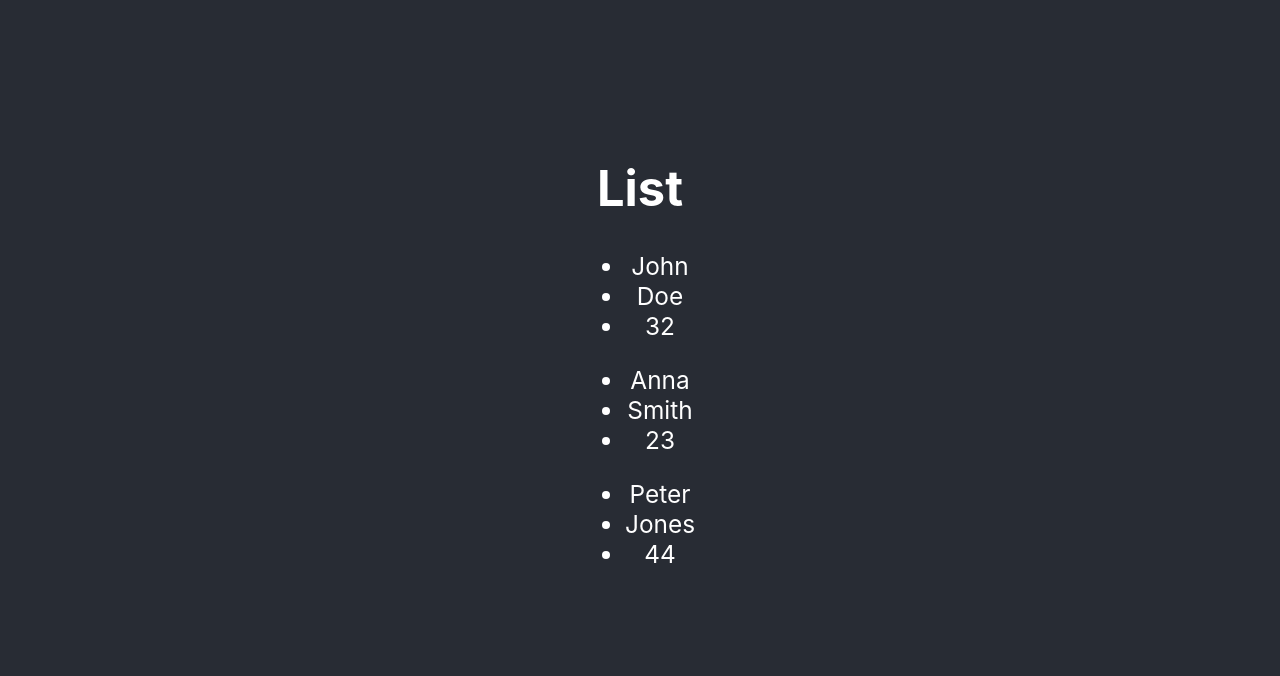
Repository: JasonMorta/ExamplesWithReact
Page: / (app in examples/)
An editor plug-in stored every save of this project. The page is shown before and after the next save, followed by the edit.
The browser window is 1280 px wide. The pictures show the whole page.
The project was rebuilt for these pictures with package versions that can differ from the ones it lists, and the page was loaded fresh each time.

Above is the page before, as saved 2022-10-03 19:39:33.

After the next save:
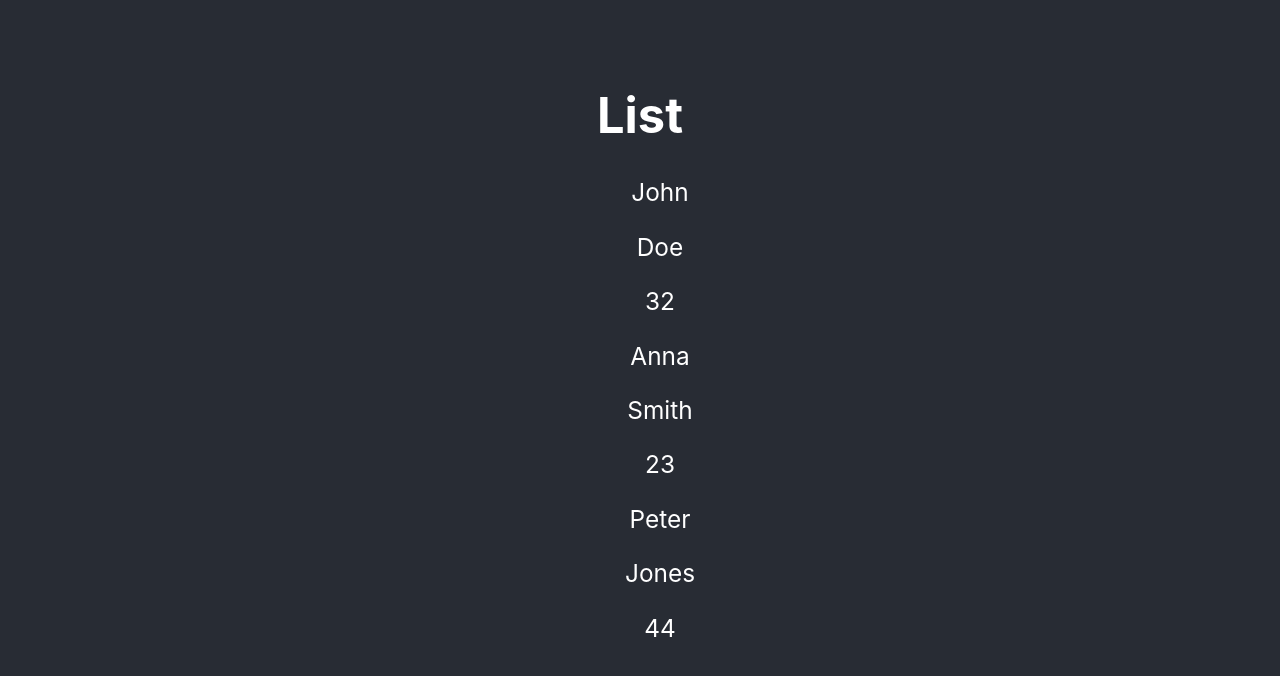
Saved 11 s later.
--- a/examples/src/components/Instance.jsx
+++ b/examples/src/components/Instance.jsx
@@ -20,9 +20,9 @@ const employees = [
       {employees.map((obj, index) => (
 
         <ul>
-         <li>{obj.firstName}</li>
-         <li>{obj.lastName}</li>
-         <li>{obj.age}</li>
+         <p>{obj.firstName}</p>
+         <p>{obj.lastName}</p>
+         <p>{obj.age}</p>
         </ul>
 
       ))}
